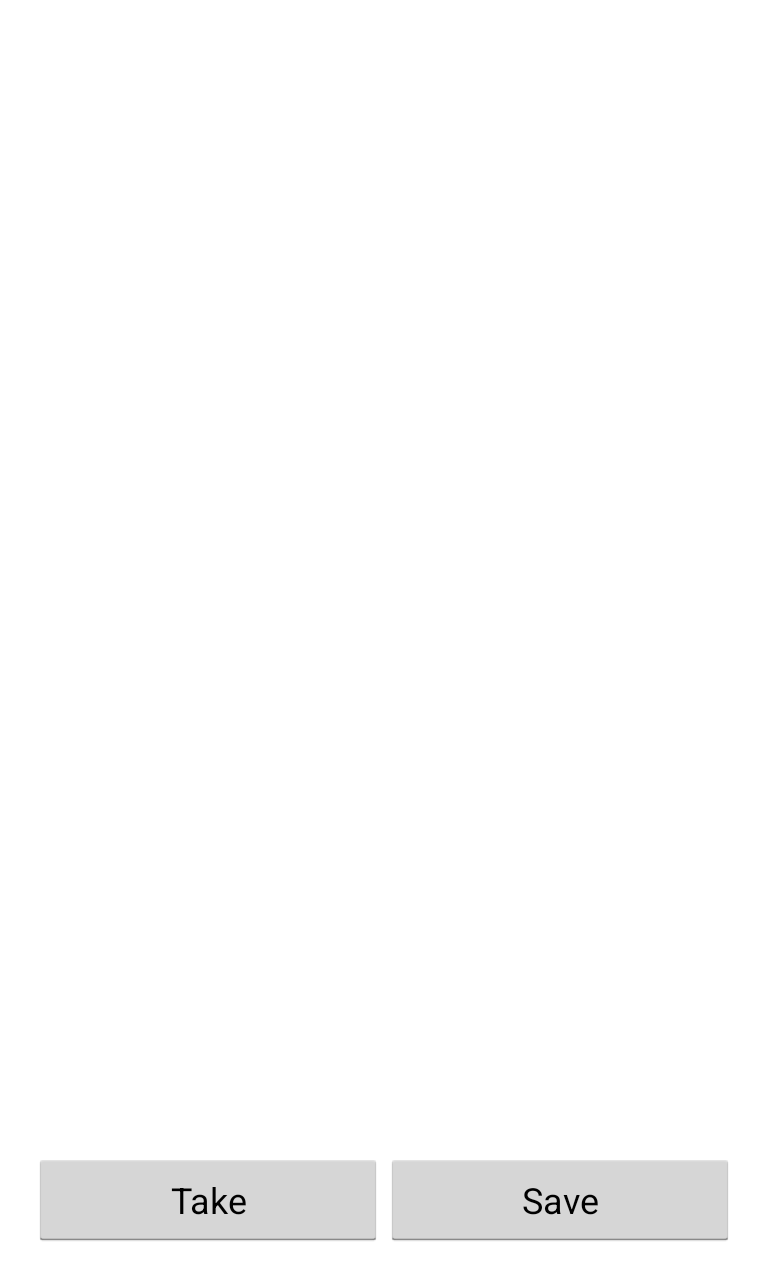
Repository: jellydiamonds/Proto
Layout: Android/Camera/res/layout/activity_main.xml
The author's editor kept a copy of each file at every save. The layout is drawn from the files as they stood at one save, then again after the next save.
It is drawn on a 768 x 1280 px phone screen (xhdpi) without system bars, with theme AppTheme; the app's code is not run.

Above is the layout before, as saved 2014-03-20 16:01:01.

After the next save:
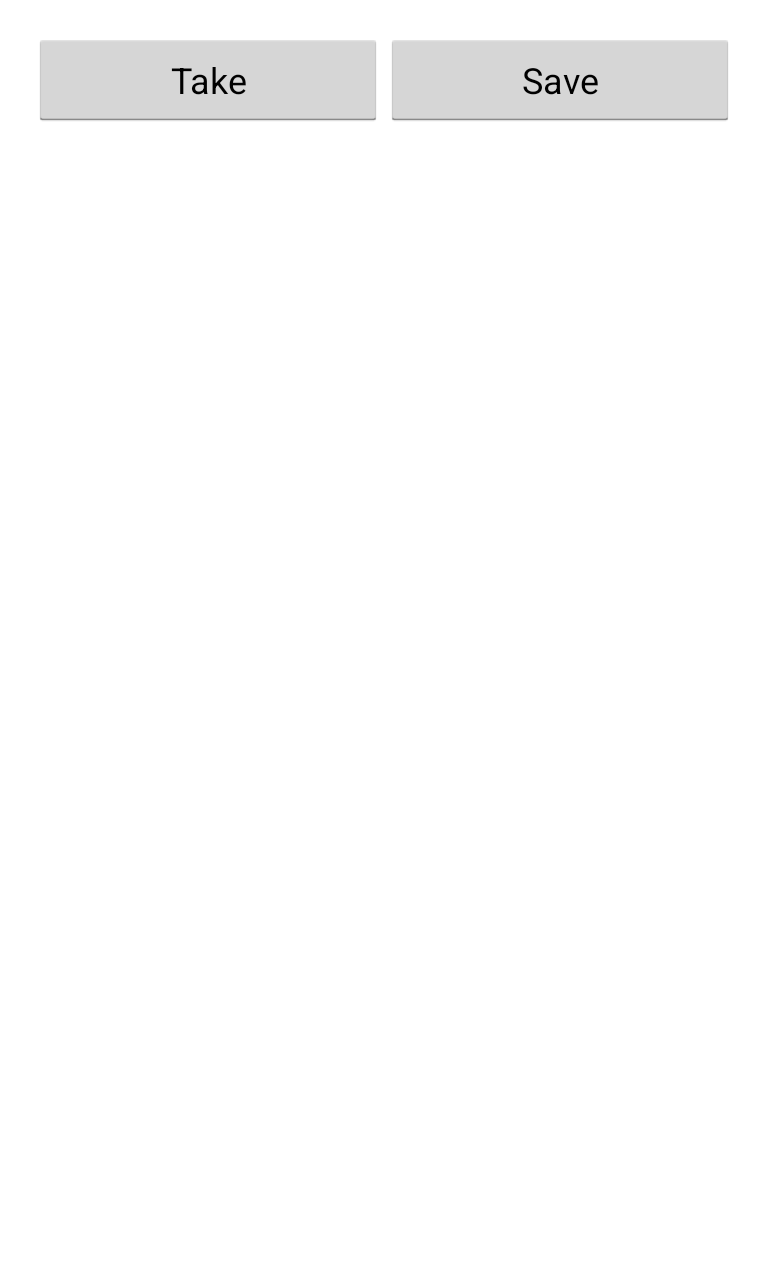
Saved 33 s later.
--- a/Android/Camera/res/layout/activity_main.xml
+++ b/Android/Camera/res/layout/activity_main.xml
@@ -13,7 +13,7 @@
                 android:id="@+id/LinearLayout02"
     			android:layout_height="wrap_content"
     			android:layout_width="fill_parent"
-    			android:layout_alignParentBottom="true">
+    			android:layout_alignTop="true">
 
     			<Button
         			android:id="@+id/Button02"
